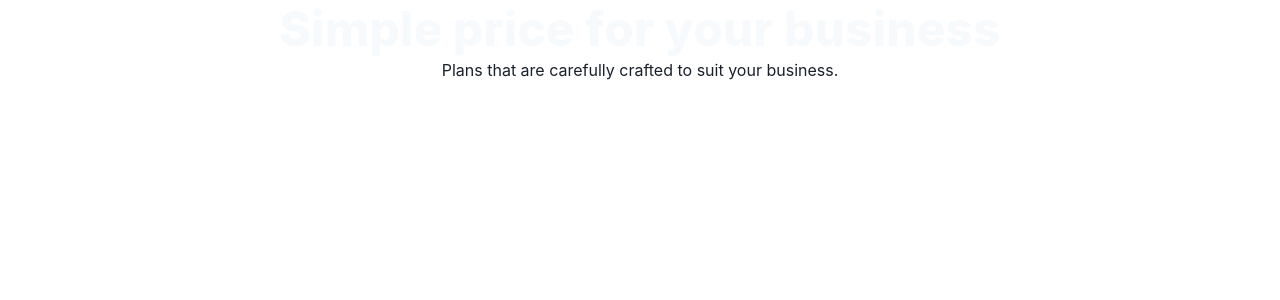
Repository: noutijo/learn-in-depth-chakra-ui
Page: /
The author's editor kept a copy of each file at every save. The page is drawn from the files as they stood at one save, then again after a run of saves.
The browser window is 1280 px wide. The pictures show the whole page.
The project was rebuilt for these pictures with package versions that can differ from the ones it lists, and the page was loaded fresh each time. Also part of the build but not shown: vite.config.ts.

Above is the page before, as saved 2023-01-30 14:49:23.

After the next 3 saves:
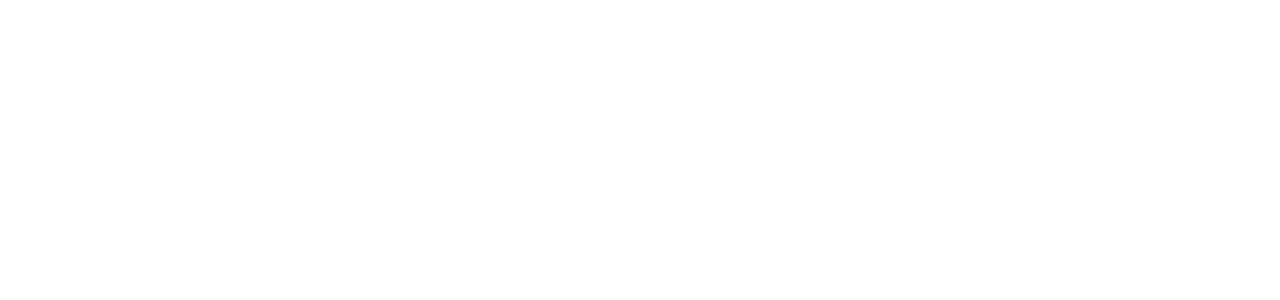
Console error: ReferenceError: Flex is not defined
The 3 saves are shown as one change because they came seconds apart.
The last was saved 45 s later.
--- a/src/components/Header.tsx
+++ b/src/components/Header.tsx
@@ -3,9 +3,9 @@
 
 export function Header() {
   return (
-      <Box>
+      <Flex>
         <Heading fontWeight={800} fontSize={"48px"} color="#F7FAFC">Simple price for your business</Heading>
         <Text>Plans that are carefully crafted to suit your business.</Text>
-      </Box>
+      </Flex>
   );
 }

After the save that followed:
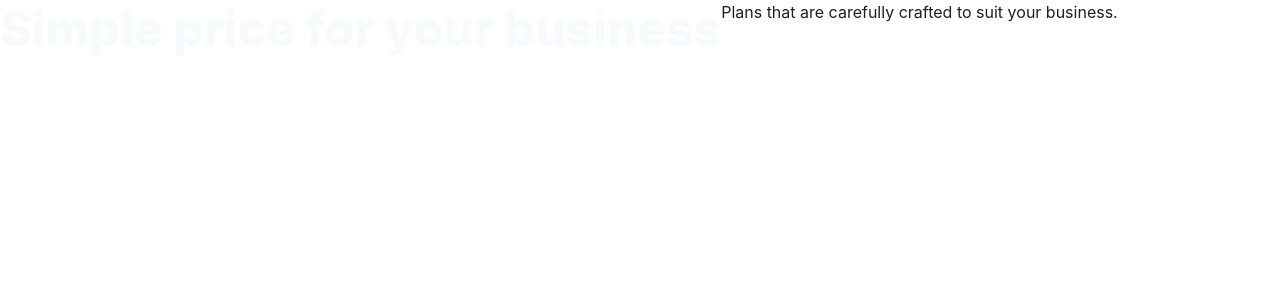
The error is gone.
Saved 6 s later.
--- a/src/components/Header.tsx
+++ b/src/components/Header.tsx
@@ -1,5 +1,5 @@
 //import './App.css'
-import { Box, Heading, Text } from "@chakra-ui/react";
+import { Box, Heading, Text, Flex } from "@chakra-ui/react";
 
 export function Header() {
   return (
